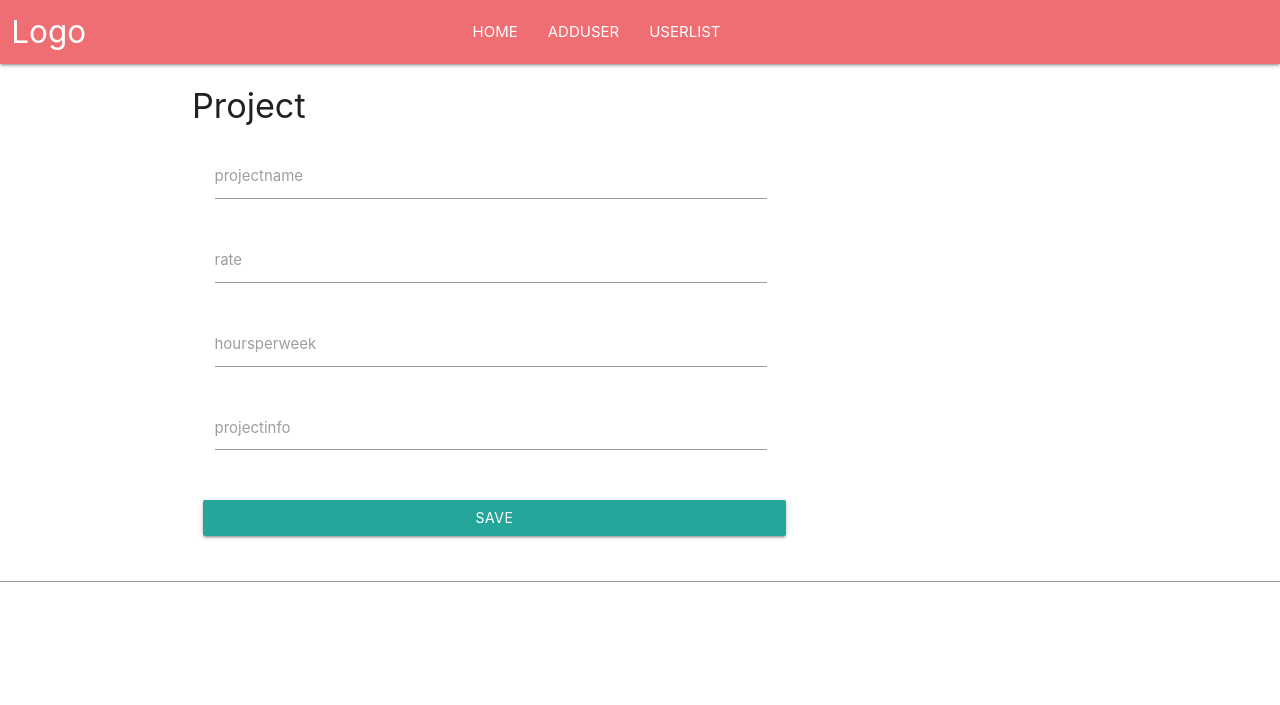
Repository: JenyaIII-sudo/Cars
Page: /AddProject
An editor plug-in stored every save of this project. The page is shown before and after the next save, followed by the edit.
The browser window is 1280 px wide. The pictures show the whole page.
The project was rebuilt for these pictures with package versions that can differ from the ones it lists, and the page was loaded fresh each time. Also part of the build but not shown: src/App.css, src/Components/UserList.js, src/Components/Home.js, src/Components/AddUser.js, src/Components/About.js, src/Components/ReactModal.js, src/Components/Table.js.

Above is the page before, as saved 2019-12-01 23:38:32.

After the next save:
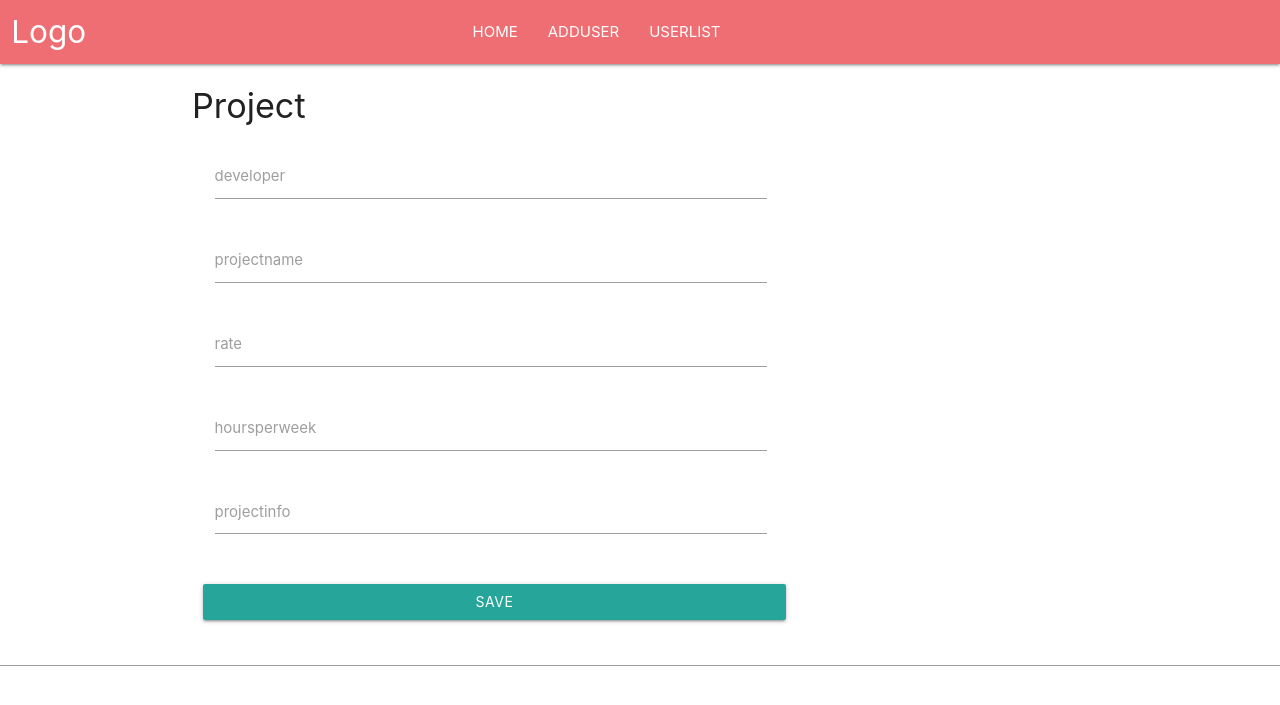
Saved 2 min 46 s later.
--- a/src/Components/AddProject.js
+++ b/src/Components/AddProject.js
@@ -23,6 +23,7 @@ const AddProject = props => {
   };
 
   const formList = [
+    { name: "developer" },
     { name: "projectname" },
     { name: "rate" },
     { name: "hoursperweek" }
